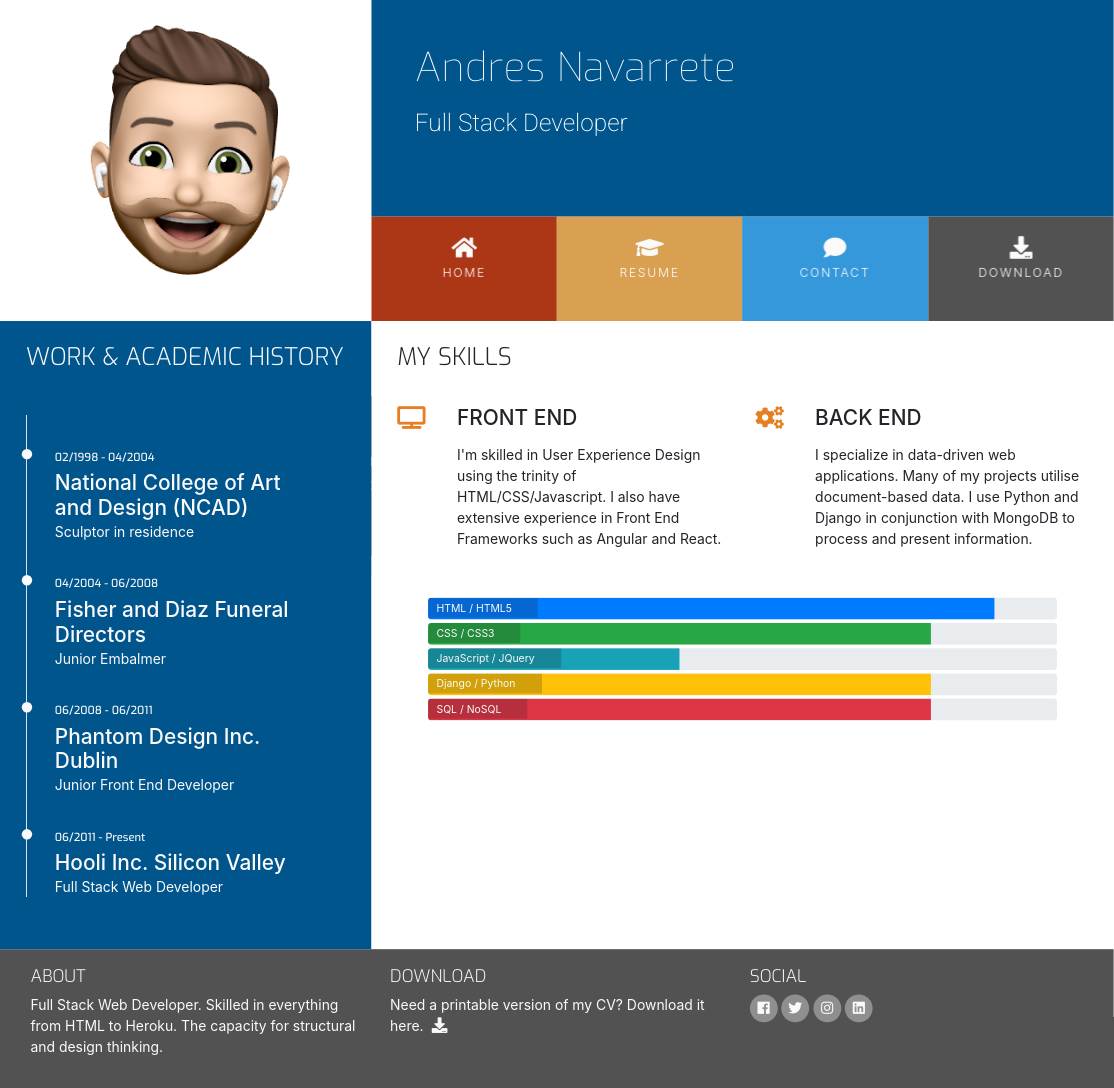
Repository: andna5980/cloud9-workspace
Page: resume.html
These files come from the project's save history. The page is drawn as it stood at one moment and after the next save; the edit follows.
The browser window is 1280 px wide. The pictures show the whole page, at 87% of full size.
Some web libraries are served in a nearby version.

Above is the page before, as saved 2022-04-24 09:57:28.

After the next save:
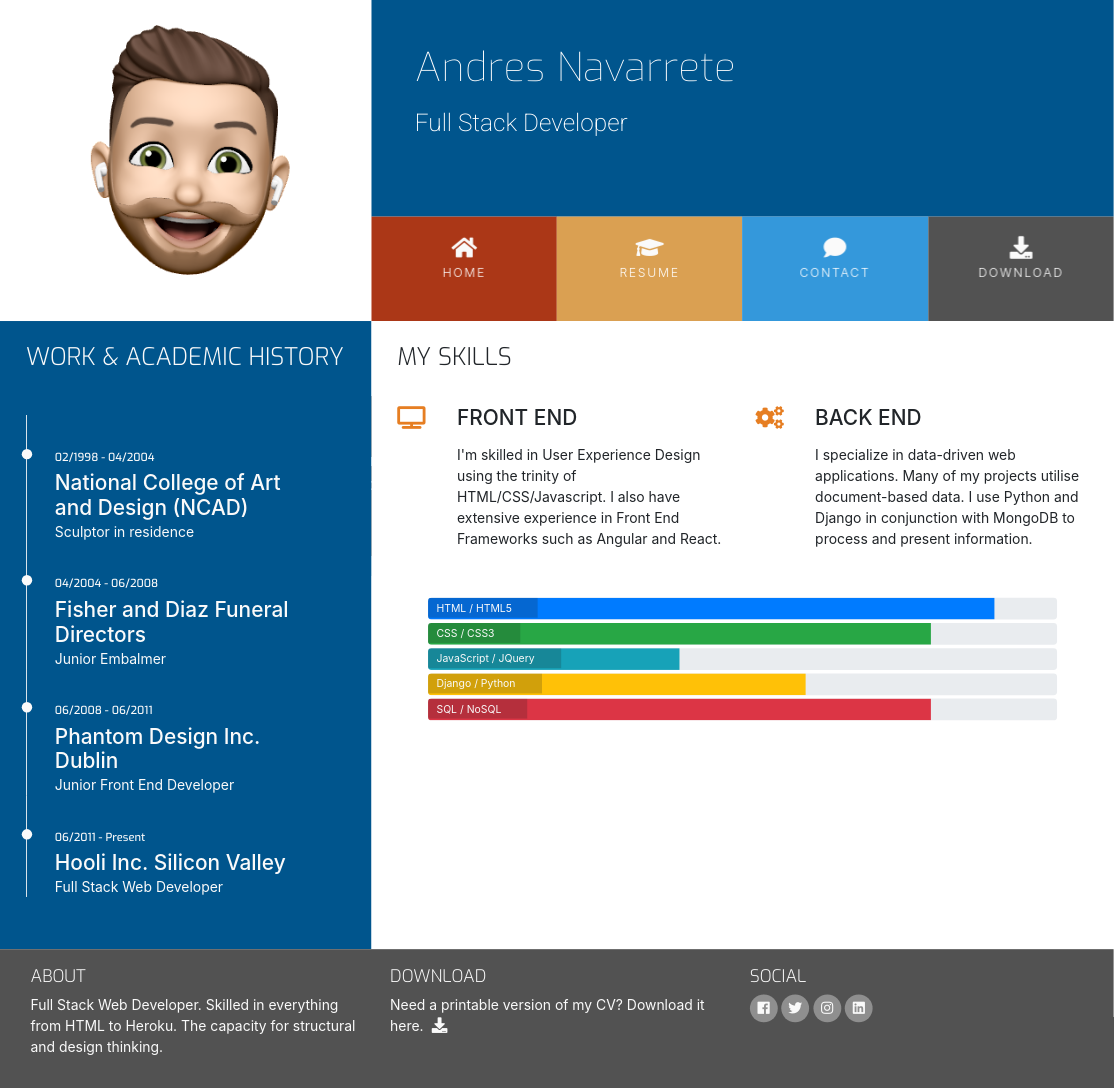
Saved 8 s later.
--- a/resume.html
+++ b/resume.html
@@ -142,7 +142,7 @@
                              <span class="progress-type">JavaScript / JQuery</span>
                         </div>
                         <div class="progress">
-                             <div class="progress-bar bg-warning" role="progressbar" aria-valuenow="80" aria-valuemin="0" aria-valuemax="100" style="width:80%">
+                             <div class="progress-bar bg-warning" role="progressbar" aria-valuenow="80" aria-valuemin="0" aria-valuemax="100" style="width:60%">
                                 <span class="sr-only">60% complete</span>
                              </div>
                              <span class="progress-type">Django / Python</span>
